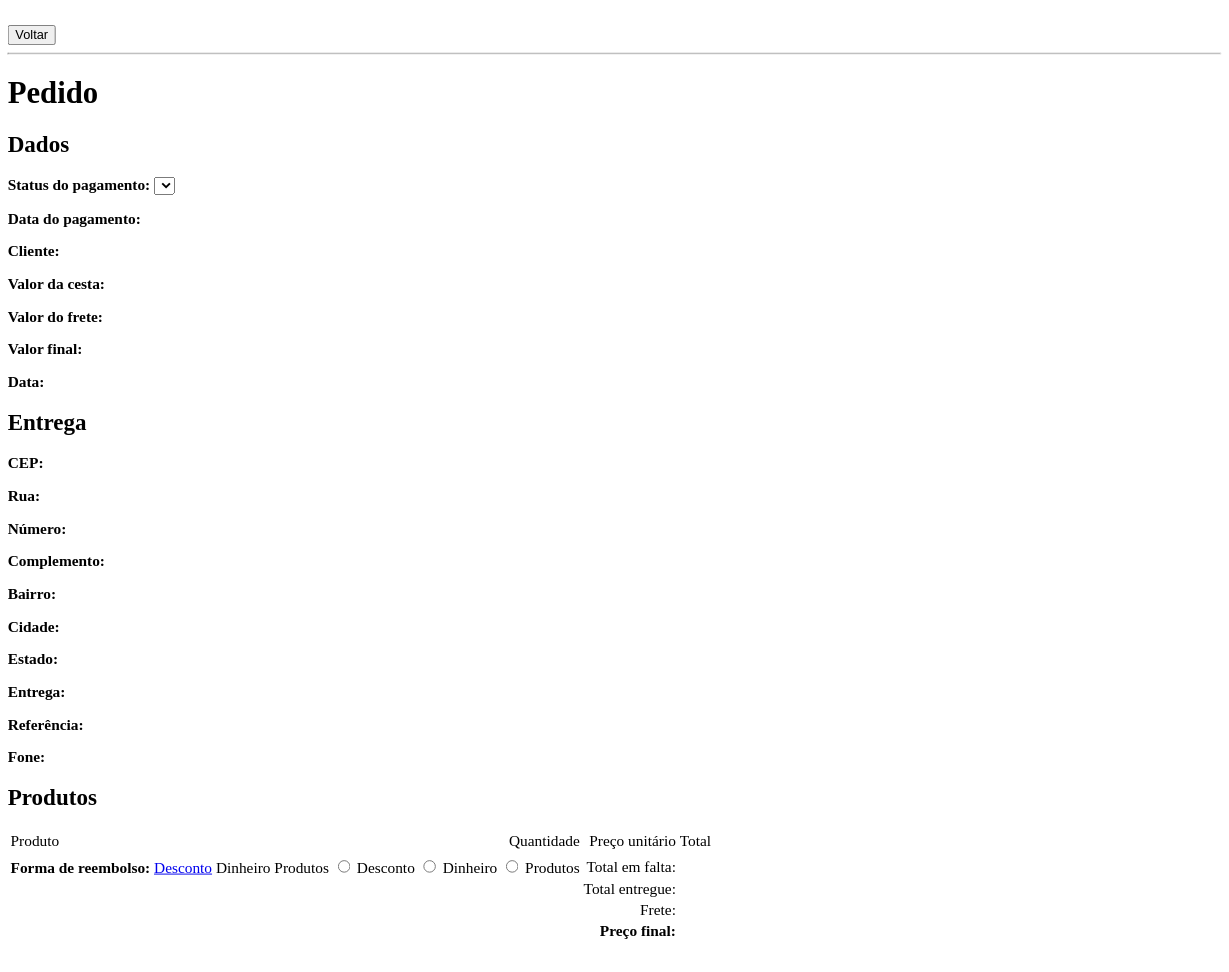
Repository: organicos/organicos.github.io
Page: partials/order/order.html
The author's editor kept a record of every edit. The page is drawn from the files as they stood at one moment, then again after the next edit.
The browser window is 1280 px wide. The pictures show the whole page, at 96% of full size.

Above is the page before.

After the next edit:
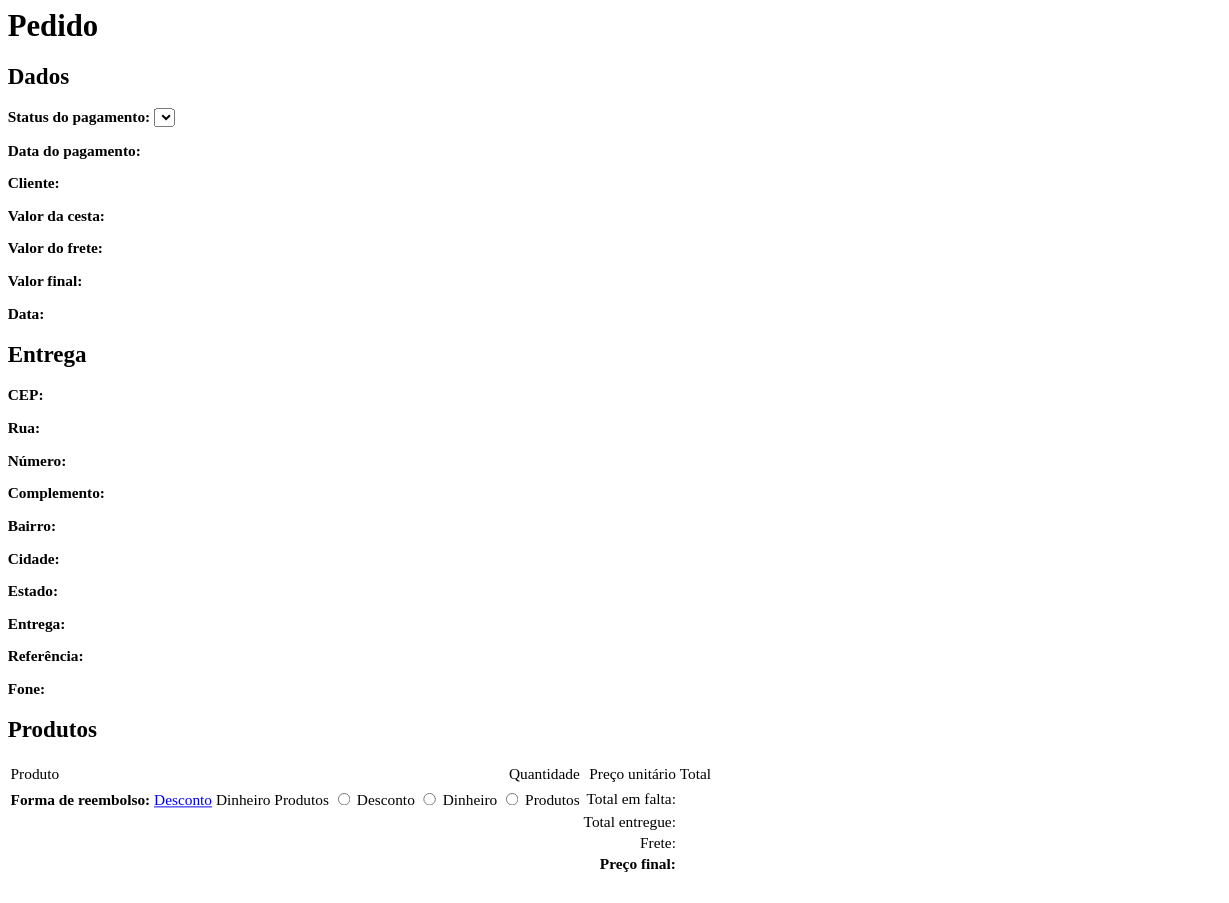
The edit:
--- a/partials/order/order.html
+++ b/partials/order/order.html
@@ -1,11 +1,5 @@
 <div class="row">
     <div class="col-xs-22 col-xs-offset-1">
-
-        <br>
-
-        <button class="btn btn-default" ng-click="$back()">Voltar</button>
-
-        <hr>
 
         <h1>Pedido <span ng-bind="order._id"></span> </h1>
 
